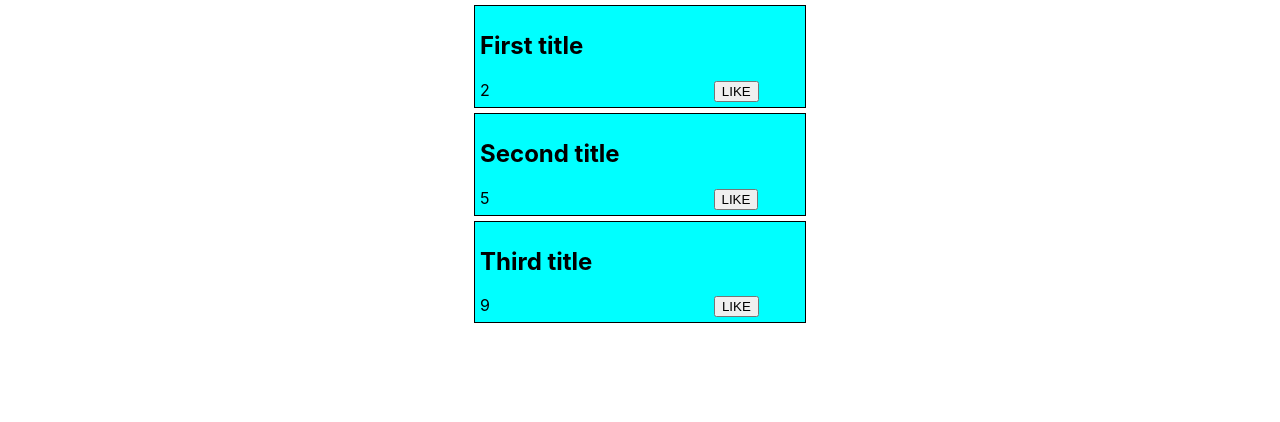
Repository: asapvtec98/egzamin
Page: /
An editor plug-in stored every save of this project. The page is shown before and after a run of saves, followed by the edit.
The browser window is 1280 px wide. The pictures show the whole page.
The project was rebuilt for these pictures with package versions that can differ from the ones it lists, and the page was loaded fresh each time.

Above is the page before, as saved 2023-11-14 12:32:40.

After the next 2 saves:
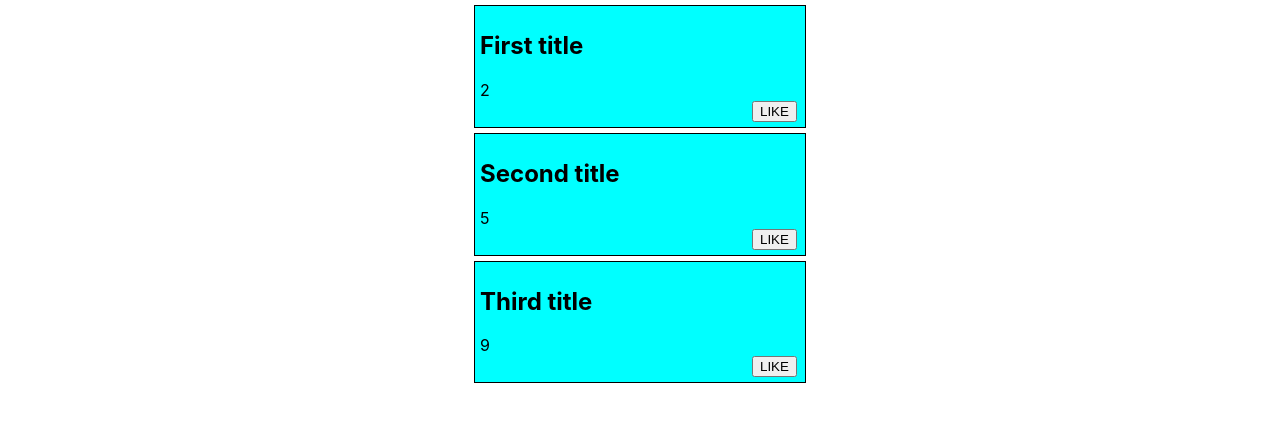
The 2 saves are shown as one change because they came seconds apart.
The last was saved 10 s later.
--- a/src/components/Comment.css
+++ b/src/components/Comment.css
@@ -15,5 +15,5 @@
 }
 
 button {
-    margin-left: 70%;
+    margin-left: 85%;
 }
